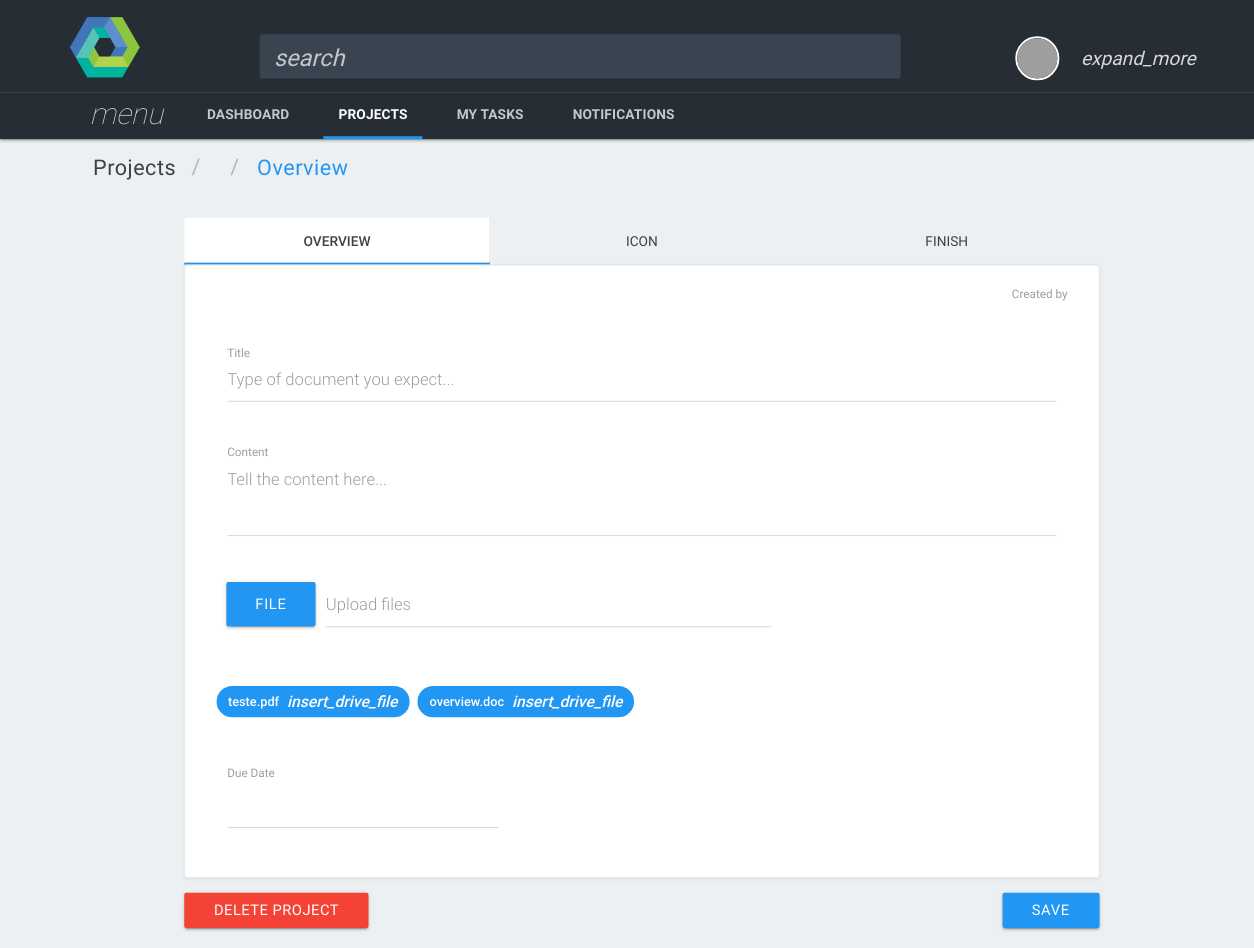
Repository: RenanChagas/ProjectManagement
Page: http://localhost/finalproject/WEB-INF/views/projectDetail.jsp
An editor plug-in stored every save of this project. The page is shown before and after the next save, followed by the edit.
The browser window is 1280 px wide. The pictures show the whole page, at 98% of full size.
Pictures or frames that could not be fetched are drawn as grey boxes. The page is served by Tomcat 9. Nobody is signed in. The template is opened directly, without the code that normally fills it, so the values that code supplies are empty.

Above is the page before, as saved 2017-11-24 01:47:51.

After the next save:
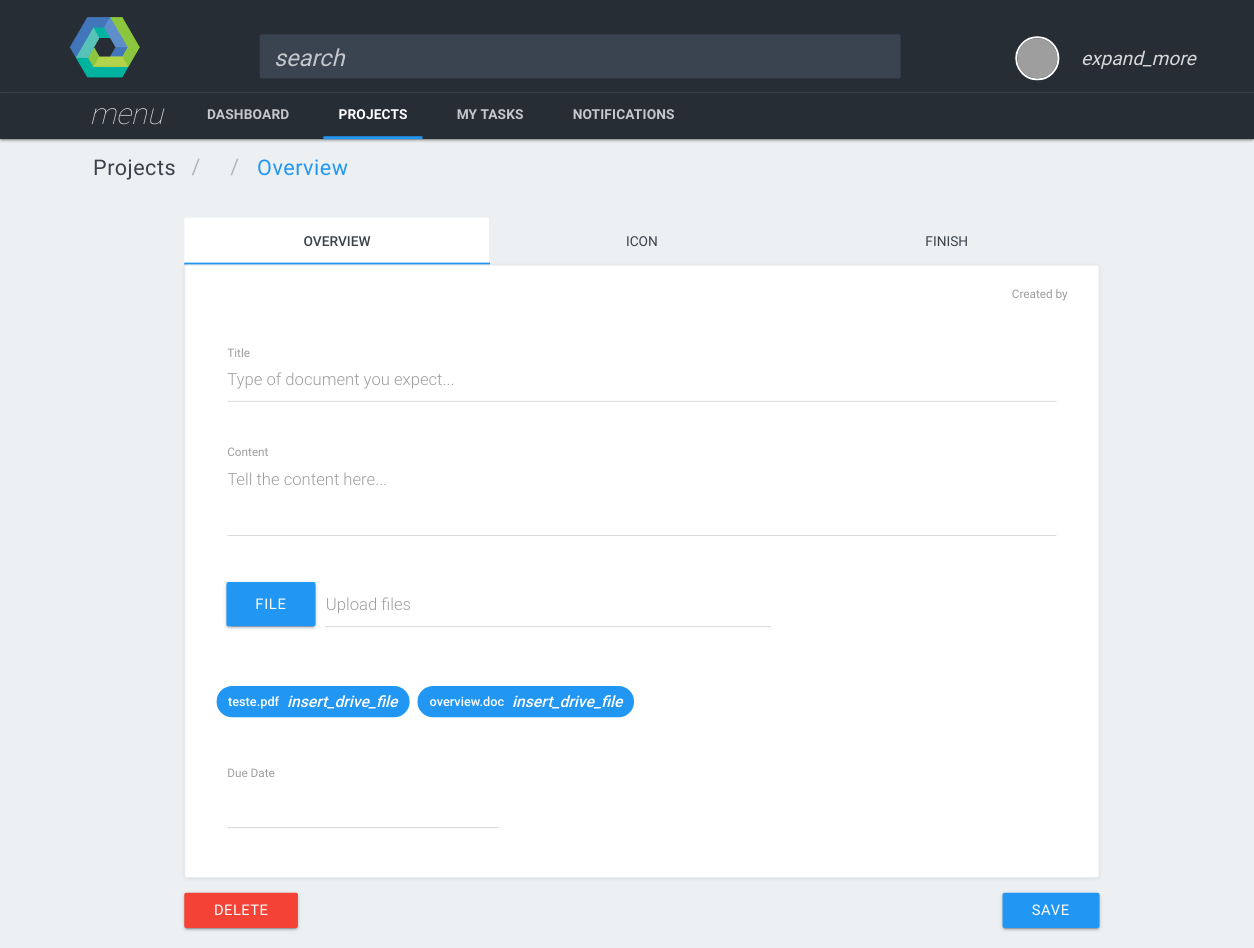
Saved 5 s later.
--- a/finalproject/src/main/webapp/WEB-INF/views/projectDetail.jsp
+++ b/finalproject/src/main/webapp/WEB-INF/views/projectDetail.jsp
@@ -488,7 +488,7 @@
 	        Save
 	        </button>
 	       	<a  href="<c:url value="/deleteProject?id=${project.id}" />"
-				class="waves-effect waves-light btn red left">Delete Project</a>
+				class="waves-effect waves-light btn red left">Delete</a>
         </div>
         <!-- CONTEUDO -->
 	</div>
